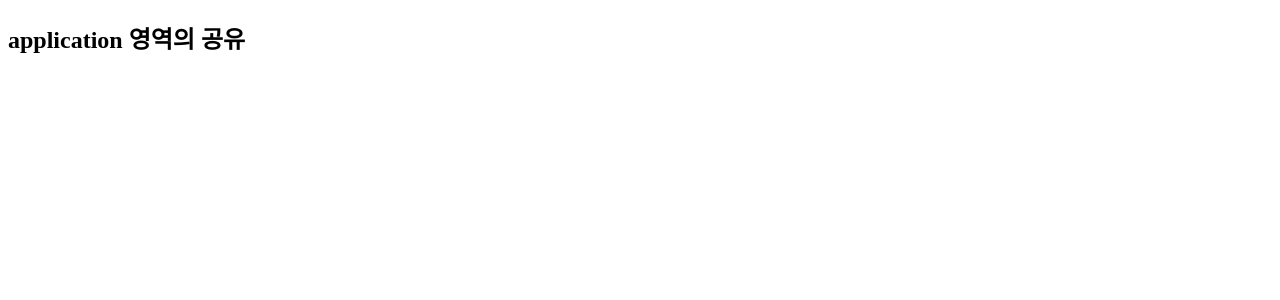
Repository: bhj305/JSP_Servlet
Page: http://localhost/MustHaveJSP/03Scope/ApplicationMain.jsp
The author's editor kept a copy of each file at every save. The page is drawn from the files as they stood at one save, then again after a run of saves.
The browser window is 1280 px wide. The pictures show the whole page.
The page is served by Tomcat 10.

Above is the page before, as saved 2025-05-07 03:44:18.

After the next 2 saves:
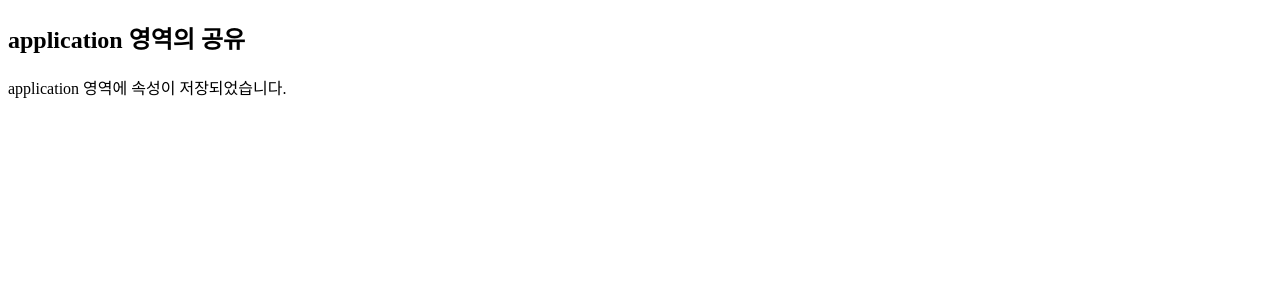
The 2 saves are shown as one change because they came seconds apart.
The last was saved 13 s later.
--- a/MustHaveJSP/src/main/webapp/03Scope/ApplicationMain.jsp
+++ b/MustHaveJSP/src/main/webapp/03Scope/ApplicationMain.jsp
@@ -17,5 +17,8 @@
 		maps.put("avtor2", new Person("심순애", 28));
 		application.setAttribute("maps", maps);
 		%>
+
+		application 영역에 속성이 저장되었습니다.
+
 	</body>
 </html>
